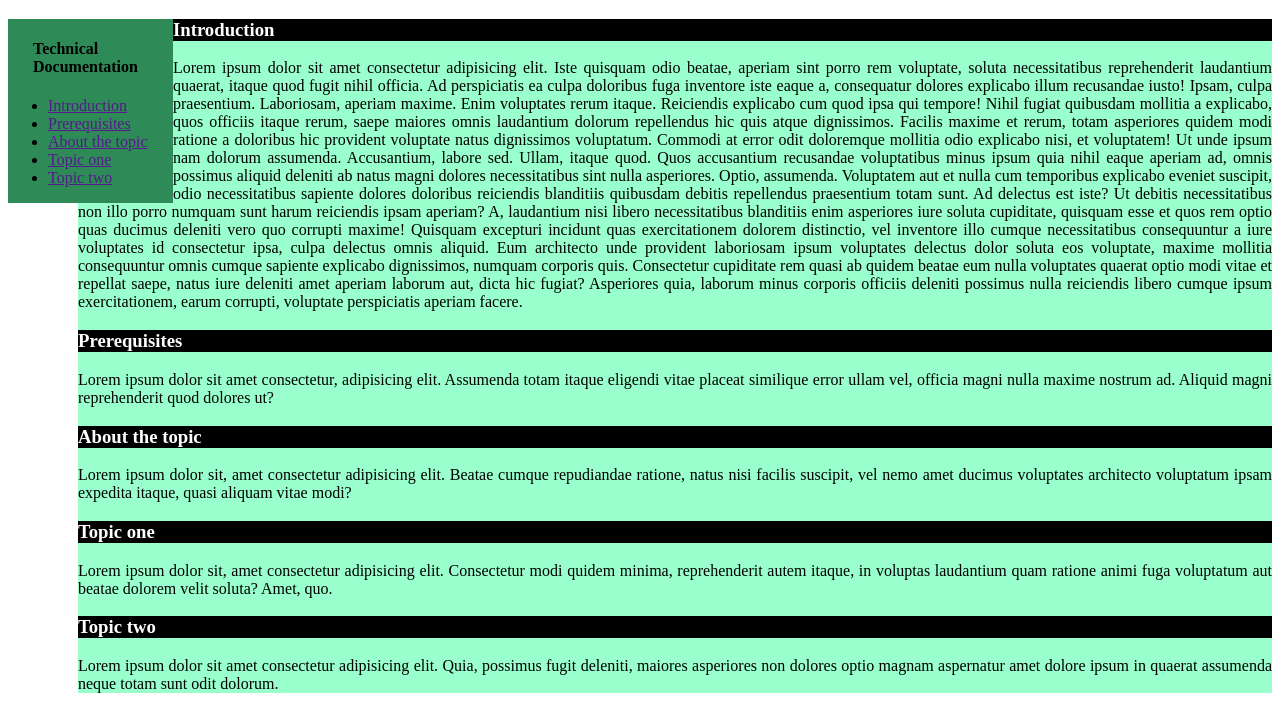
Repository: JoaoLemesDEV/Excercise-Tech-Documentation-Page
Page: index.html
These files come from the project's save history. The page is drawn as it stood at one moment and after a run of saves; the edit follows.
The browser window is 1280 px wide. The pictures show the whole page.

Above is the page before, as saved 2021-10-03 19:56:52.

### index.html
<!DOCTYPE html>
<html lang="en">
  <head>
    <meta charset="UTF-8" />
    <meta http-equiv="X-UA-Compatible" content="IE=edge" />
    <meta name="viewport" content="width=device-width, initial-scale=1.0" />
    <title>Technical Documentaion</title>
    <link rel="stylesheet" href="index.css" />
  </head>
  <body>
    <div id="menu">
      <h4 text-align="left">Technical<br />Documentation</h4>
      <nav>
        <ul>
          <li><a href="">Introduction</a></li>
          <li><a href="">Prerequisites</a></li>
          <li><a href="">About the topic</a></li>
          <li><a href="">Topic one</a></li>
          <li><a href="">Topic two</a></li>
        </ul>
      </nav>
    </div>
    <div id="contents">
      <section id="introduction">
        <h3 style="background: black; color: white">Introduction</h3>
        <p>
          Lorem ipsum dolor sit amet consectetur adipisicing elit. Iste quisquam
          odio beatae, aperiam sint porro rem voluptate, soluta necessitatibus
          reprehenderit laudantium quaerat, itaque quod fugit nihil officia. Ad
          perspiciatis ea culpa doloribus fuga inventore iste eaque a,
          consequatur dolores explicabo illum recusandae iusto! Ipsam, culpa
          praesentium. Laboriosam, aperiam maxime. Enim voluptates rerum itaque.
          Reiciendis explicabo cum quod ipsa qui tempore! Nihil fugiat quibusdam
          mollitia a explicabo, quos officiis itaque rerum, saepe maiores omnis
          laudantium dolorum repellendus hic quis atque dignissimos. Facilis
          maxime et rerum, totam asperiores quidem modi ratione a doloribus hic
          provident voluptate natus dignissimos voluptatum. Commodi at error
          odit doloremque mollitia odio explicabo nisi, et voluptatem! Ut unde
          ipsum nam dolorum assumenda. Accusantium, labore sed. Ullam, itaque
          quod. Quos accusantium recusandae voluptatibus minus ipsum quia nihil
          eaque aperiam ad, omnis possimus aliquid deleniti ab natus magni
          dolores necessitatibus sint nulla asperiores. Optio, assumenda.
          Voluptatem aut et nulla cum temporibus explicabo eveniet suscipit,
          odio necessitatibus sapiente dolores doloribus reiciendis blanditiis
          quibusdam debitis repellendus praesentium totam sunt. Ad delectus est
          iste? Ut debitis necessitatibus non illo porro numquam sunt harum
          reiciendis ipsam aperiam? A, laudantium nisi libero necessitatibus
          blanditiis enim asperiores iure soluta cupiditate, quisquam esse et
          quos rem optio quas ducimus deleniti vero quo corrupti maxime!
          Quisquam excepturi incidunt quas exercitationem dolorem distinctio,
          vel inventore illo cumque necessitatibus consequuntur a iure
          voluptates id consectetur ipsa, culpa delectus omnis aliquid. Eum
          architecto unde provident laboriosam ipsum voluptates delectus dolor
          soluta eos voluptate, maxime mollitia consequuntur omnis cumque
          sapiente explicabo dignissimos, numquam corporis quis. Consectetur
          cupiditate rem quasi ab quidem beatae eum nulla voluptates quaerat
          optio modi vitae et repellat saepe, natus iure deleniti amet aperiam
          laborum aut, dicta hic fugiat? Asperiores quia, laborum minus corporis
          officiis deleniti possimus nulla reiciendis libero cumque ipsum
          exercitationem, earum corrupti, voluptate perspiciatis aperiam facere.
        </p>
      </section>
      <section id="Prerequisites">
        <h3 style="background: black; color: white">Prerequisites</h3>
        <p>
          Lorem ipsum dolor sit amet consectetur, adipisicing elit. Assumenda
          totam itaque eligendi vitae placeat similique error ullam vel, officia
          magni nulla maxime nostrum ad. Aliquid magni reprehenderit quod
          dolores ut?
        </p>
      </section>
      <section id="about the topic">
        <h3 style="background: black; color: white">About the topic</h3>
        <p>
          Lorem ipsum dolor sit, amet consectetur adipisicing elit. Beatae
          cumque repudiandae ratione, natus nisi facilis suscipit, vel nemo amet
          ducimus voluptates architecto voluptatum ipsam expedita itaque, quasi
          aliquam vitae modi?
        </p>
      </section>
      <section id="topic one">
        <h3 style="background: black; color: white">Topic one</h3>
        <p>
          Lorem ipsum dolor sit, amet consectetur adipisicing elit. Consectetur
          modi quidem minima, reprehenderit autem itaque, in voluptas laudantium
          quam ratione animi fuga voluptatum aut beatae dolorem velit soluta?
          Amet, quo.
        </p>
      </section>
      <section id="topic two">
        <h3 style="background: black; color: white">Topic two</h3>
        <p>
          Lorem ipsum dolor sit amet consectetur adipisicing elit. Quia,
          possimus fugit deleniti, maiores asperiores non dolores optio magnam
          aspernatur amet dolore ipsum in quaerat assumenda neque totam sunt
          odit dolorum.
        </p>
      </section>
    </div>
  </body>
</html>

### index.css
#menu{
float: left;
background-color: seagreen;
width: 165px;
}

#menu h4{
margin-left: 25px;
}

#contents{
	margin-left: 70px;
	background: #9FC;
  text-align: justify;
}

}
section#introduction P{
  color: blue;
  text-align: justify;
}

After the next 8 saves:
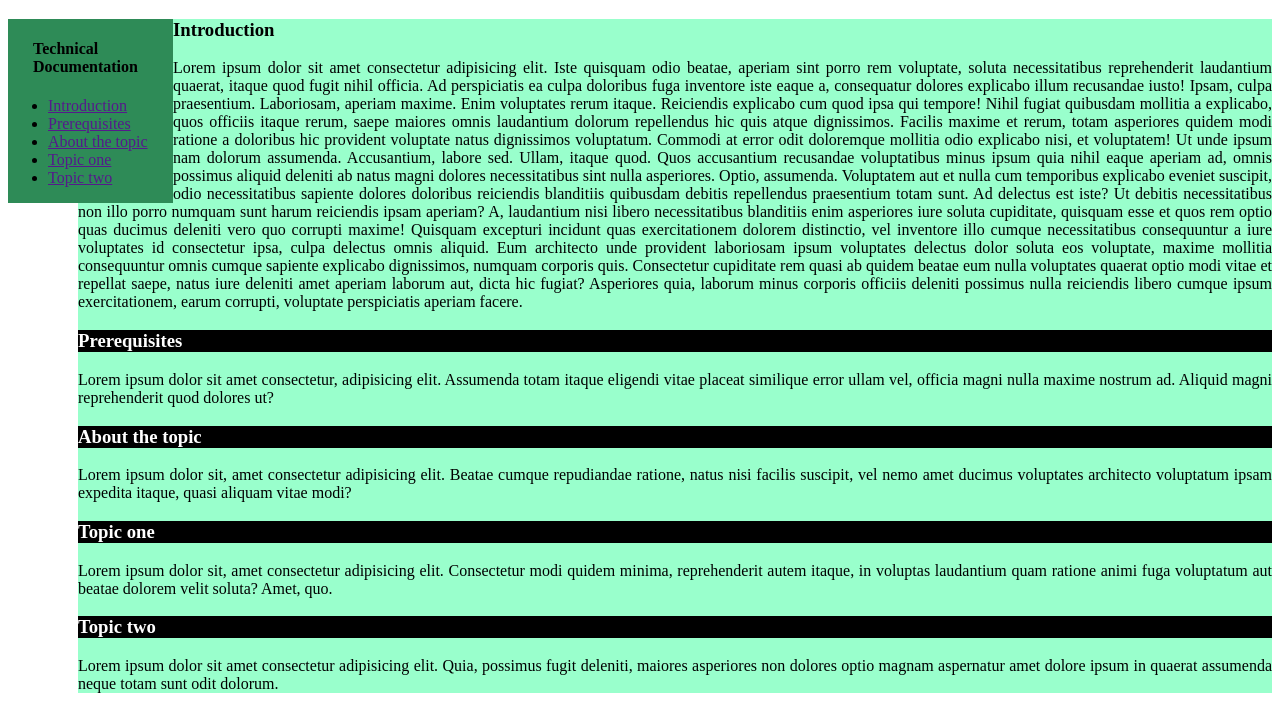
The 8 saves are shown as one change because they came seconds apart.
The last was saved 11 min 27 s later.
--- a/index.html
+++ b/index.html
@@ -22,7 +22,7 @@
     </div>
     <div id="contents">
       <section id="introduction">
-        <h3 style="background: black; color: white">Introduction</h3>
+        <h3 background="./01.jpg">Introduction</h3>
         <p>
           Lorem ipsum dolor sit amet consectetur adipisicing elit. Iste quisquam
           odio beatae, aperiam sint porro rem voluptate, soluta necessitatibus

After the save that followed:
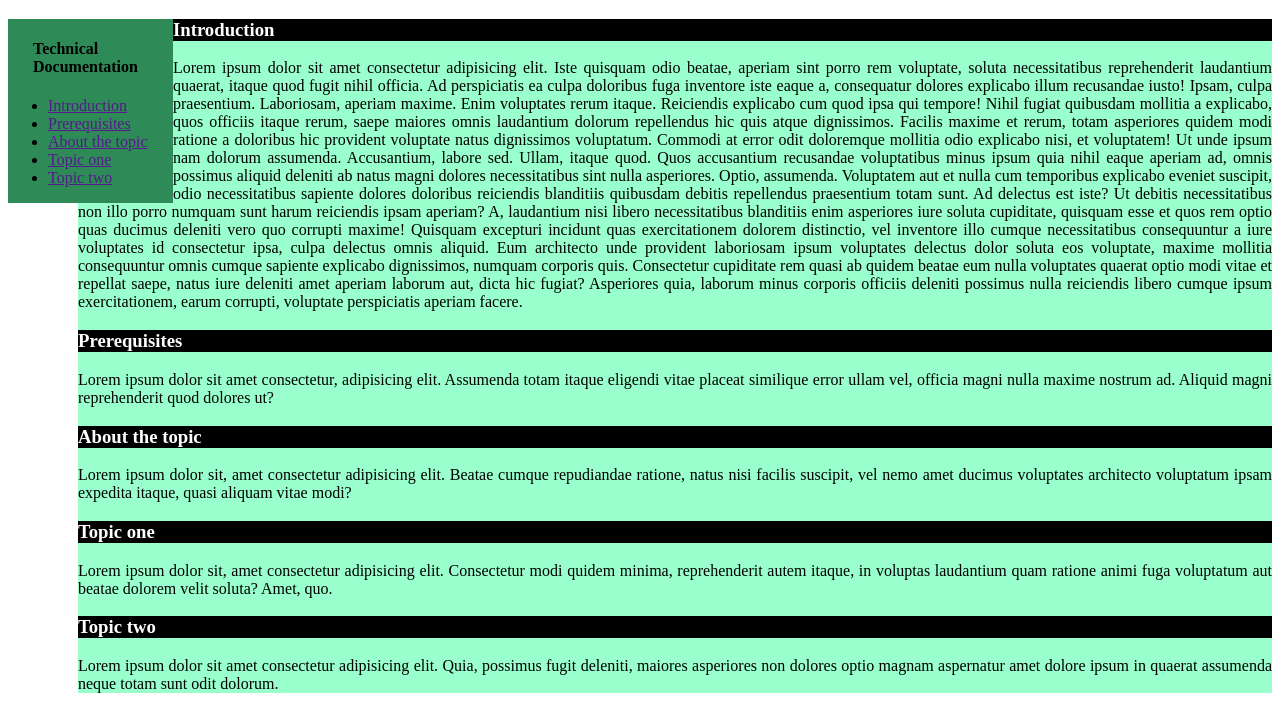
Saved 33 s later.
--- a/index.html
+++ b/index.html
@@ -22,7 +22,7 @@
     </div>
     <div id="contents">
       <section id="introduction">
-        <h3 background="./01.jpg">Introduction</h3>
+        <h3 style="background: black; color: white">Introduction</h3>
         <p>
           Lorem ipsum dolor sit amet consectetur adipisicing elit. Iste quisquam
           odio beatae, aperiam sint porro rem voluptate, soluta necessitatibus
